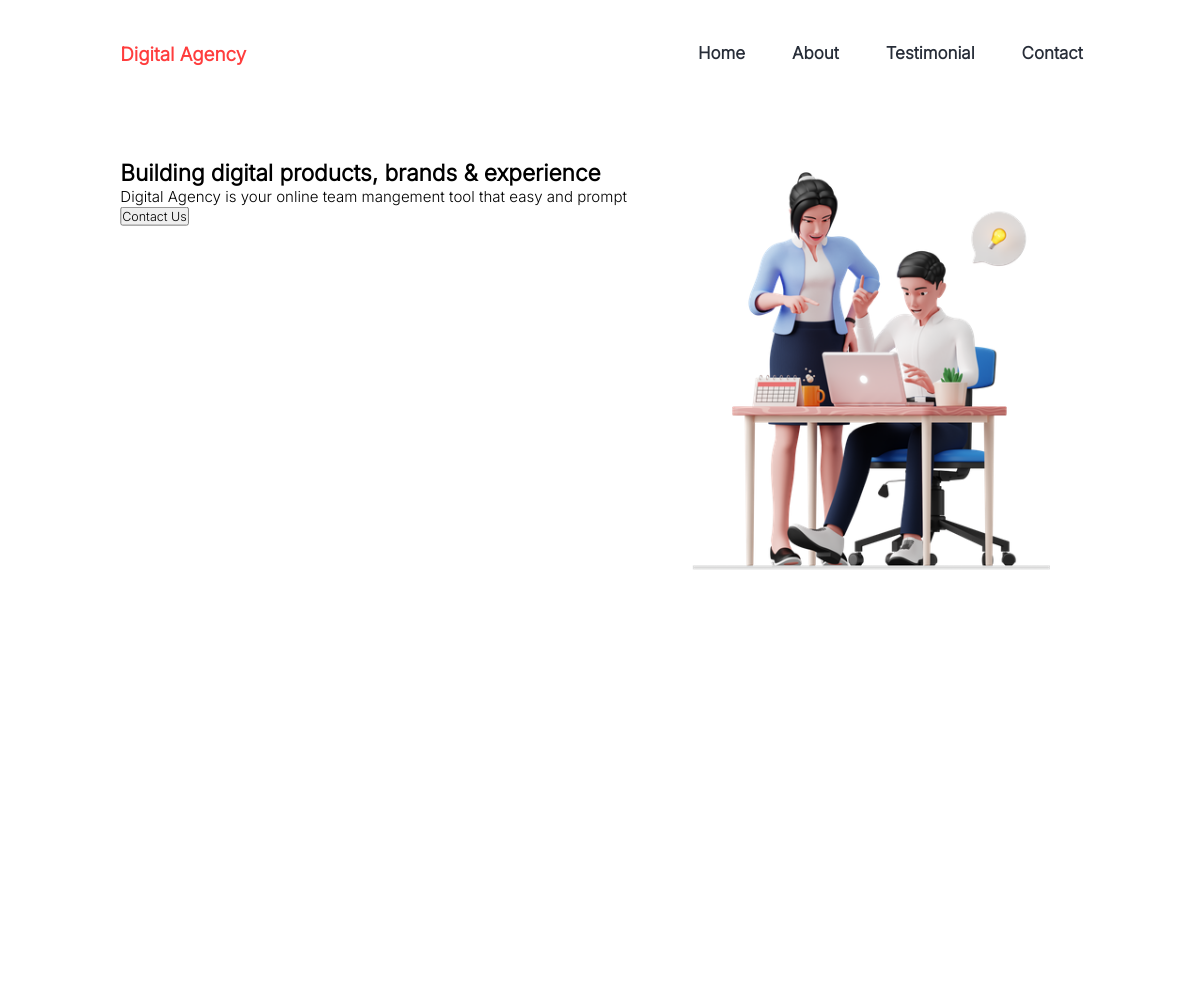
Repository: ThuatDev/fullstack_devc
Page: index.html
The author's editor kept a copy of each file at every save. The page is drawn from the files as they stood at one save, then again after the next save.
The browser window is 1280 px wide. The pictures show the whole page, at 94% of full size.

Above is the page before, as saved 2022-11-09 16:33:01.

After the next save:
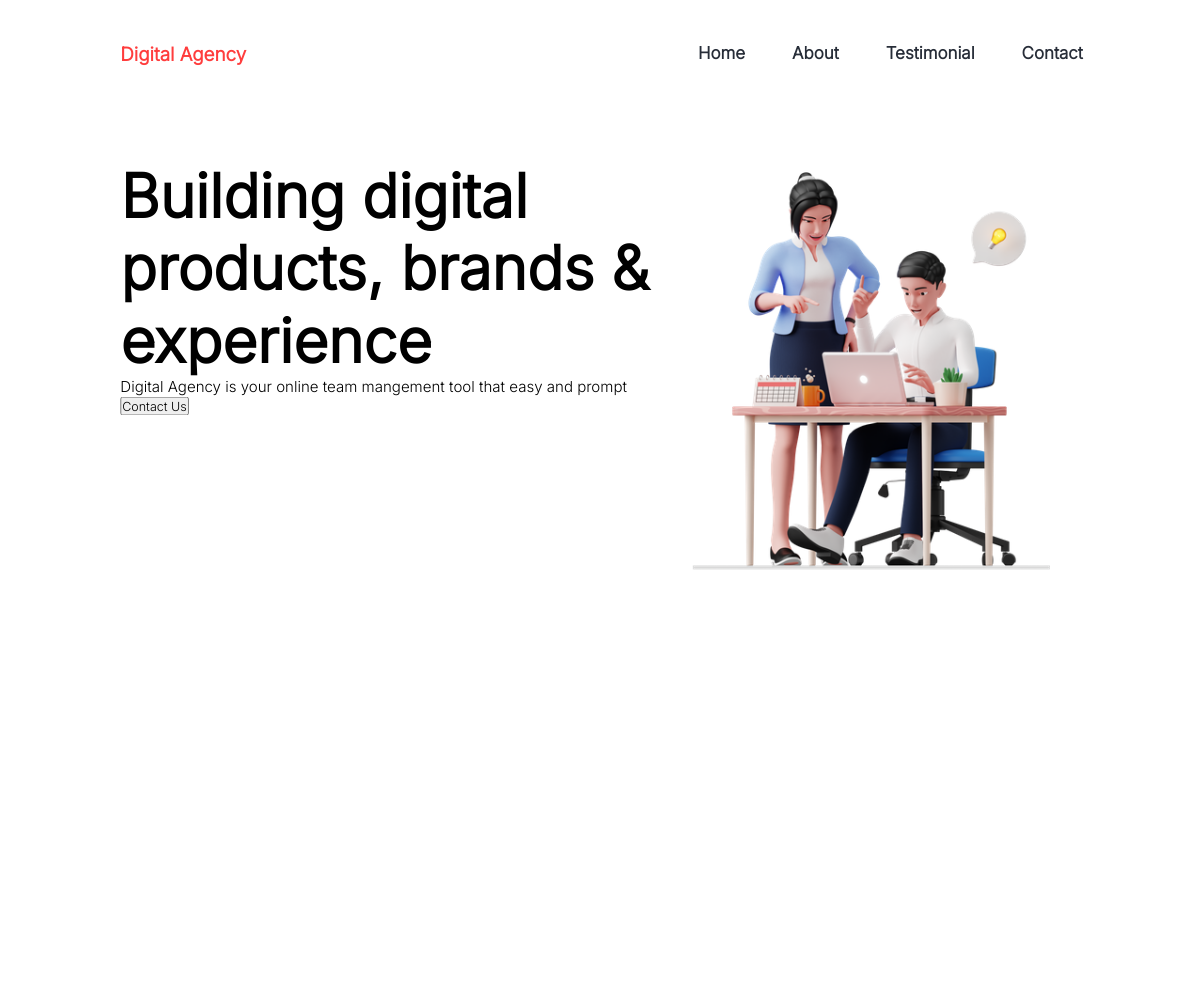
Saved 17 s later.
--- a/index.css
+++ b/index.css
@@ -49,4 +49,5 @@
 }
 .h-section .h-section__left h2 {
   font-weight: 700;
+  font-size: 64px;
 }
